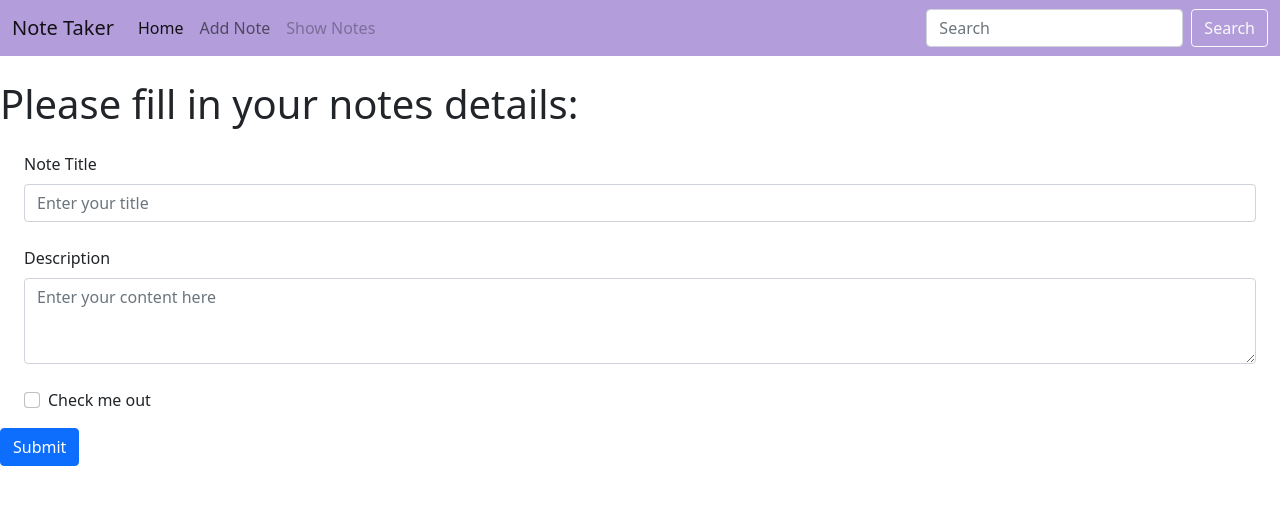
Repository: Tanmoy4672/Hibernate
Page: http://localhost/NoteTaker/add_notes.jsp
An editor plug-in stored every save of this project. The page is shown before and after the next save, followed by the edit.
The browser window is 1280 px wide. The pictures show the whole page.
The page is served by Tomcat 9.

Above is the page before, as saved 2021-12-16 06:30:30.

After the next save:
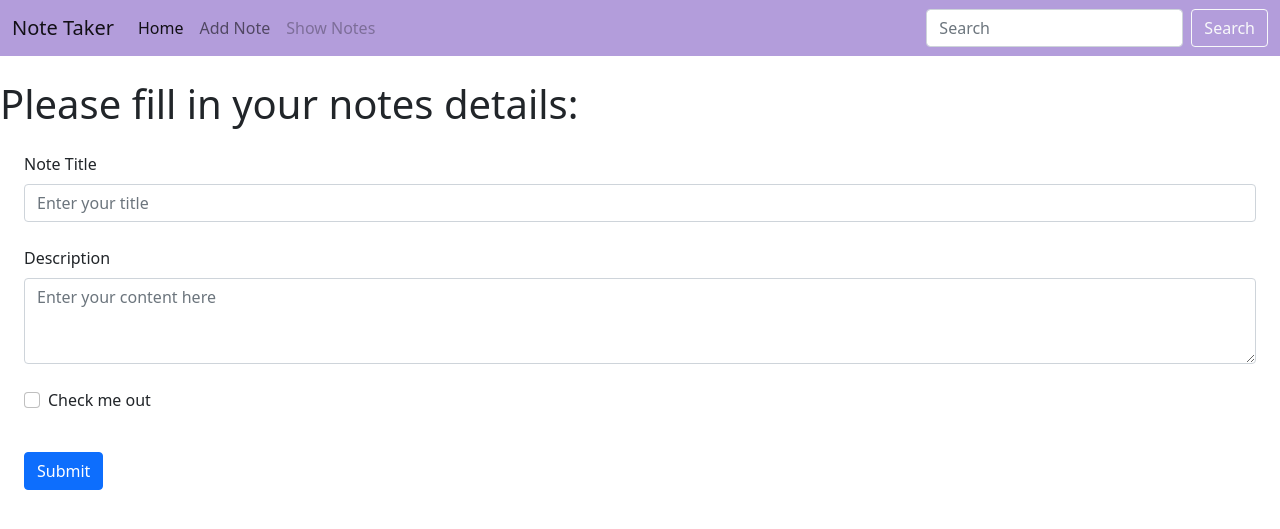
Saved 18 s later.
--- a/NoteTaker/src/main/webapp/add_notes.jsp
+++ b/NoteTaker/src/main/webapp/add_notes.jsp
@@ -32,7 +32,7 @@
 			<label class="form-check-label" for="exampleCheck1">Check me
 				out</label>
 		</div>
-		<button type="submit" class="btn btn-primary " style="text-centre">Submit</button>
+		<button type="submit" class="btn btn-primary m-4">Submit</button>
 	</form>
 
 

After the save that followed:
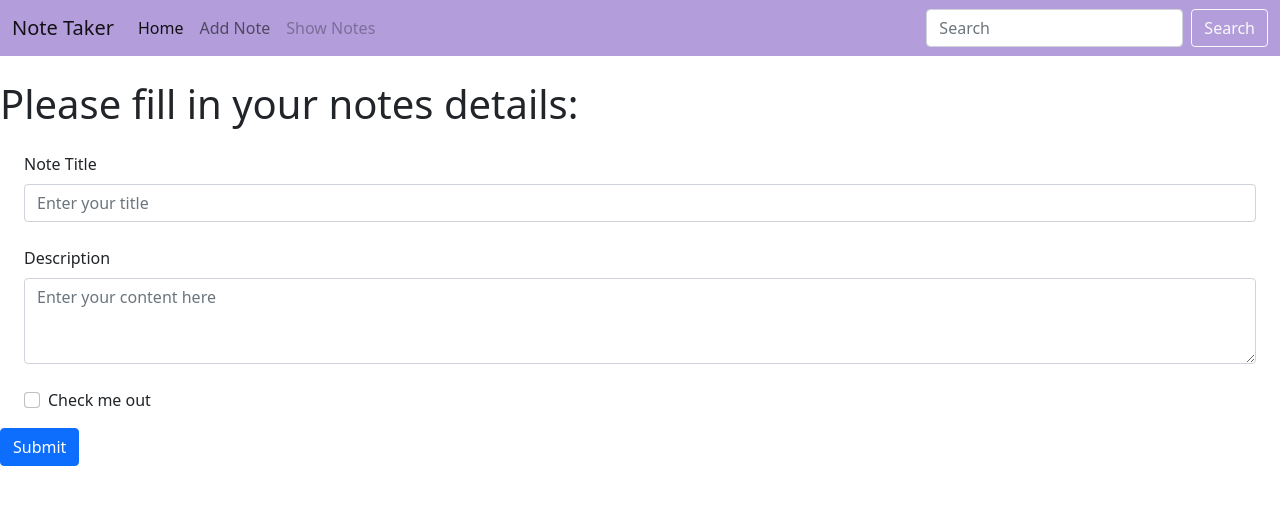
Saved 19 s later.
--- a/NoteTaker/src/main/webapp/add_notes.jsp
+++ b/NoteTaker/src/main/webapp/add_notes.jsp
@@ -32,7 +32,7 @@
 			<label class="form-check-label" for="exampleCheck1">Check me
 				out</label>
 		</div>
-		<button type="submit" class="btn btn-primary m-4">Submit</button>
+		<button type="submit" class="btn btn-primary">Submit</button>
 	</form>
 
 
